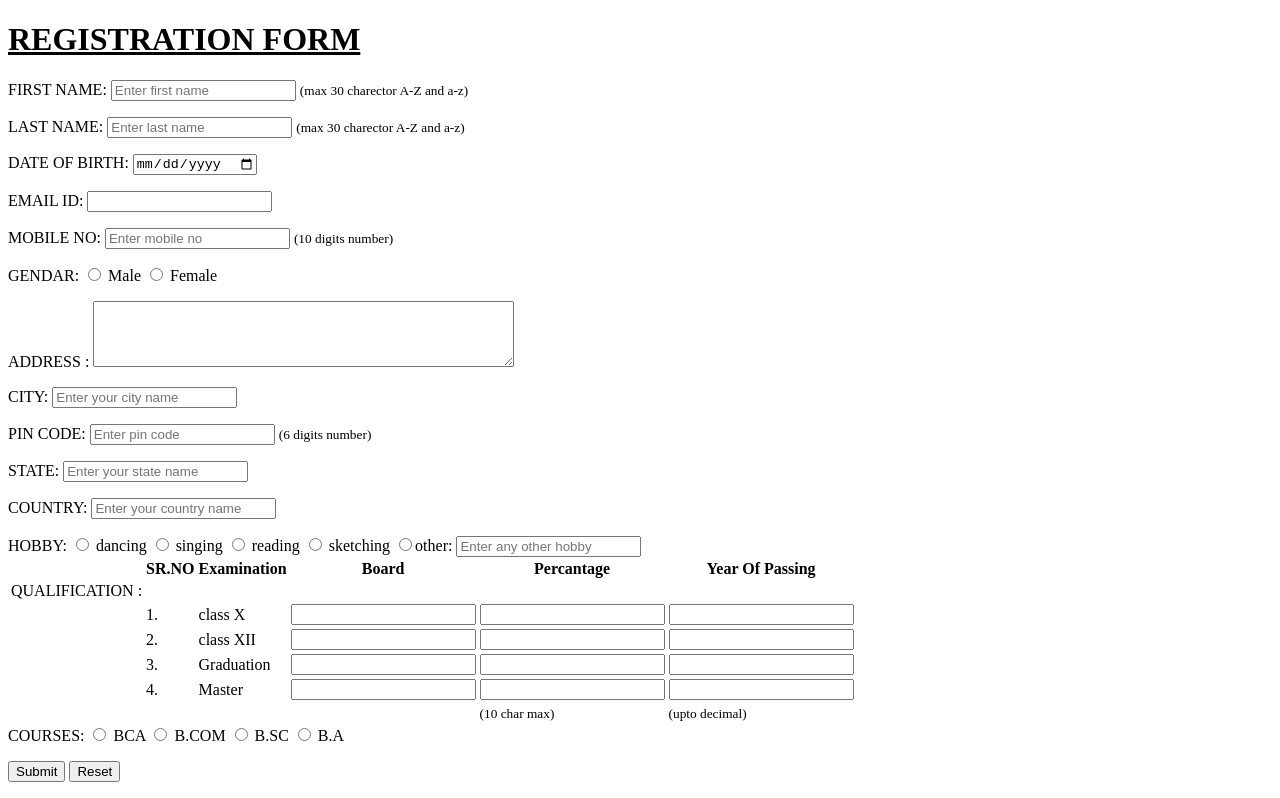
Repository: MintuKrishnan/subrahmanyam-batch
Page: front-end/html/form.html
An editor plug-in stored every save of this project. The page is shown before and after the next save, followed by the edit.
The browser window is 1280 px wide. The pictures show the whole page.

Above is the page before, as saved 2021-02-26 14:37:13.

### front-end/html/form.html
<!DOCTYPE html>
<html lang="en">
<head>
    <meta charset="UTF-8">
    <meta http-equiv="X-UA-Compatible" content="IE=edge">
    <meta name="viewport" content="width=device-width, initial-scale=1.0">
    <title>student registration form</title>
</head>
<body>
    <h1>
        <u>REGISTRATION FORM</u>
    </h1>
    <form>
    <p>
        <label for="name">FIRST NAME:</label>
    <input type="text" placeholder="Enter first name" name="name" id="name" min="30" max="30">
    <small>(max 30 charector A-Z and a-z)</small>
    </p>

    <p>
        <label for="name">LAST NAME:</label>
        <input type="text" placeholder="Enter last name" name="name" id="name" min="30" max="30">
        <small>(max 30 charector A-Z and a-z)</small>
    </p>

    <p><label for="birthday">DATE OF BIRTH:</label>
        <input type="date" id="birthday" name="birthday"></p>

    <p><label for="email">EMAIL ID:</label>
        <input type="email" id="email" name="email"></p>

    <p><label for="phone">MOBILE NO:</label>
        <input type="tel" id="phone" name="phone" placeholder="Enter mobile no">
        <small>(10 digits number)</small></p>

        <label for="text">GENDAR:</label>
        <input type="radio" name="gender" value="male"> Male
        <input type="radio" name="gender" value="female"> Female

    <p><label for="address"> ADDRESS :</label>
        <textarea id="adress" name="address" rows="4" cols="50">
            </textarea></p>

    <p><label for="text"> CITY:</label>
        <input type="text" placeholder="Enter your city name" id="city" name="city"></p>

    <p><label for="number">PIN CODE:</label>
        <input type="number" placeholder="Enter pin code" id="pin code" name="pin code" >
        <small>(6 digits number)</small></p>

    <p><label for="text"> STATE:</label>
        <input type="text" placeholder="Enter your state name" id="city" name="city"></p>

    <p><label for="text"> COUNTRY:</label>
        <input type="text" placeholder="Enter your country name" id="city" name="city"></p>


        <label for="text">HOBBY:</label>
        <input type="radio" value="dancing"> dancing
        <input type="radio" value="singing"> singing
        <input type="radio" value="reading"> reading
        <input type="radio" value="sketching"> sketching
        <input type="radio"value='other'>other:
        <input type="text" placeholder="Enter any other hobby" name="fname">
        <br>





    <table>
        <tr>
            <td> QUALIFICATION :</tr></td>
        <thead>
            <th></th>
            <th>SR.NO</th>
            <th>Examination</th>
            <th>Board</th>
            <th>Percantage</th>
            <th>Year Of Passing</th>
            </tr>
        </thead>
        <tr>
            <td></td>
            <td>1.</td>
            <td>class X</td>
            <td><input type="text"></td>
            <td><input type="text"></td>
            <td><input type="text"></td>
        </tr>
        <tr>
            <td></td>
            <td>2.</td>
            <td>class XII</td>
            <td><input type="text"></td>
            <td><input type="text"></td>
            <td><input type="text"></td>
        </tr>
        <tr>
            <td></td>
            <td>3.</td>
            <td>Graduation</td>
            <td><input type="text"></td>
            <td><input type="text"></td>
            <td><input type="text"></td>
        </tr>
        <tr>
            <td></td>
            <td>4.</td>
            <td>Master</td>
            <td><input type="text"></td>
            <td><input type="text"></td>
            <td><input type="text"></td>
        </tr>
        <tr>
            <td></td>
            <td></td>
            <td></td>
            <td></td>
            <td><small>(10 char max)</small></td>
            <td><small>(upto decimal)</small></td>
        </tr>
        <tfoot></tfoot>
    </table>


        <label for="text">COURSES:</label>
                <input type="radio" value="bca"> BCA
                <input type="radio" value="b.com"> B.COM
                <input type="radio" value="b.sc"> B.SC
                <input type="radio" value="b.a"> B.A



    <p>
        <input type="submit">
        <input type="reset">
    </p>
    </form>

</body>

</html>

After the next save:
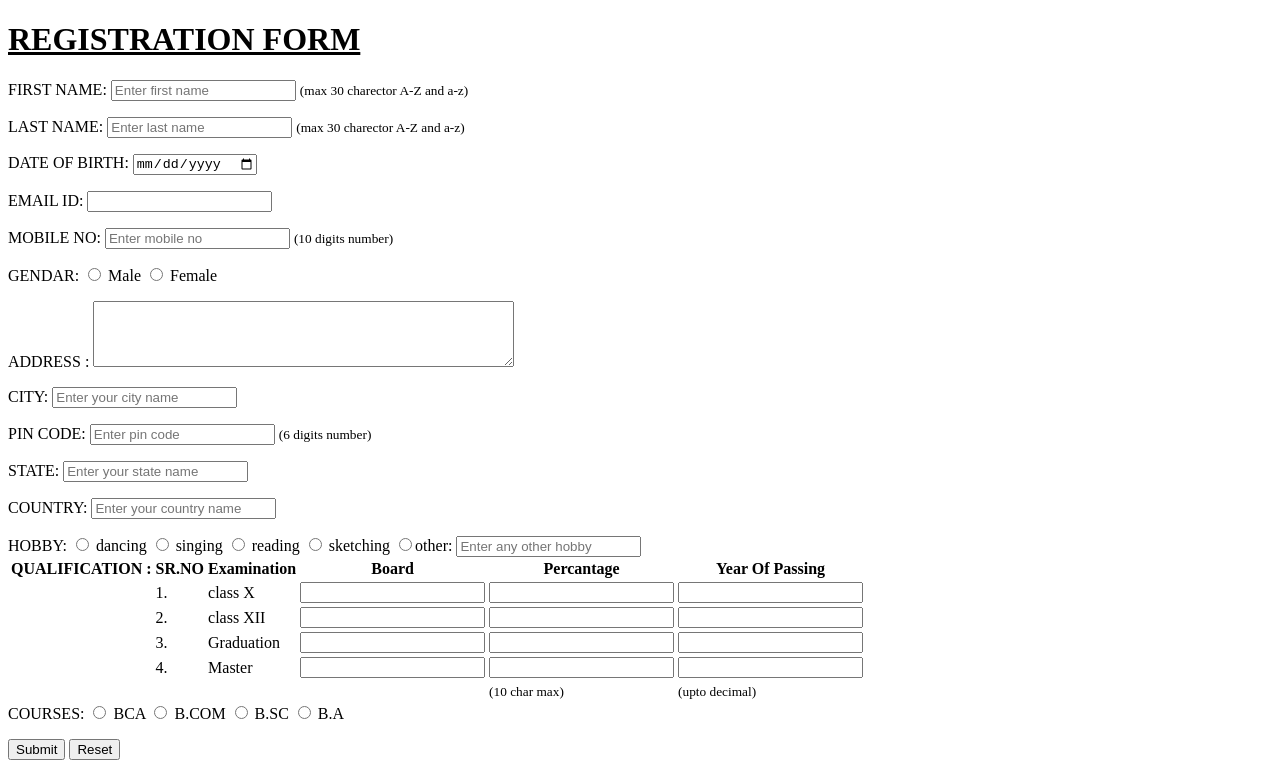
Saved 19 s later.
--- a/front-end/html/form.html
+++ b/front-end/html/form.html
@@ -69,10 +69,9 @@
 
 
     <table>
-        <tr>
-            <td> QUALIFICATION :</tr></td>
+
         <thead>
-            <th></th>
+            <th>QUALIFICATION :</th>
             <th>SR.NO</th>
             <th>Examination</th>
             <th>Board</th>
